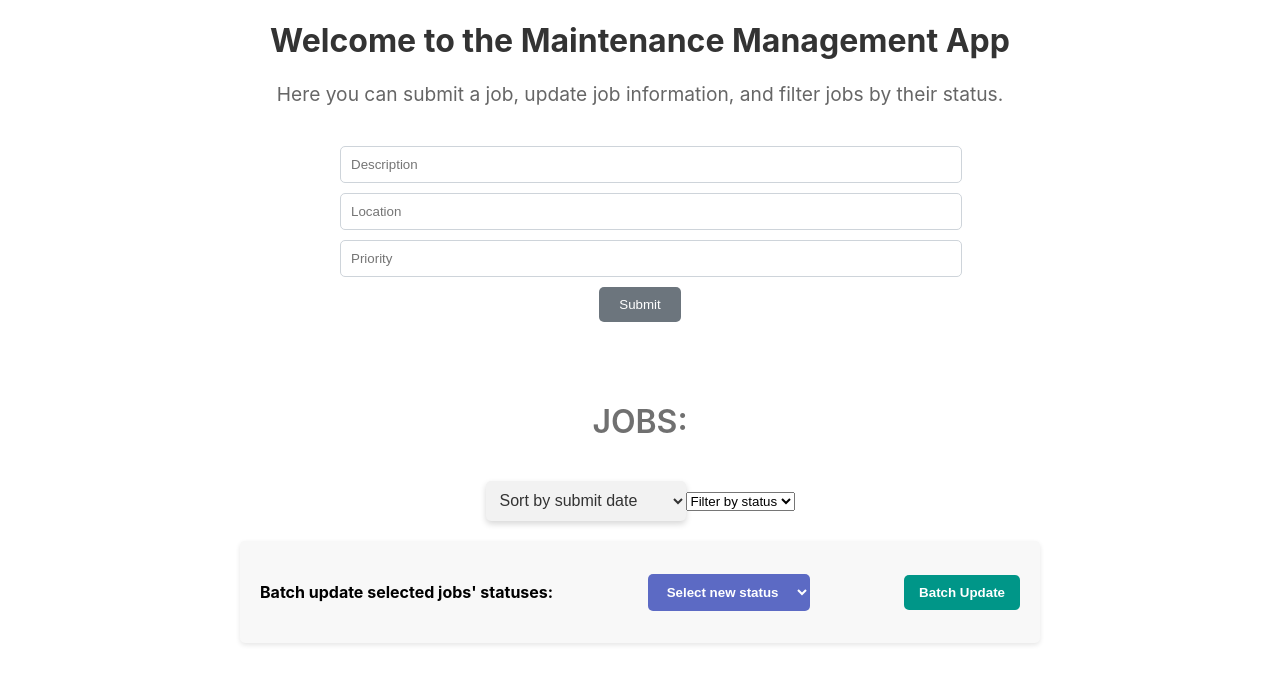
Repository: mikasteyn999/Maintenance-Manager-App
Page: / (app in frontend/)
An editor plug-in stored every save of this project. The page is shown before and after the next save, followed by the edit.
The browser window is 1280 px wide. The pictures show the whole page.
The page's requests for data from a server got no answer. The project was rebuilt for these pictures with package versions that can differ from the ones it lists, and the page was loaded fresh each time. No one was signed in, and anything a server would have sent is missing. Also part of the build but not shown: frontend/src/style/Job.css, frontend/src/components/Job.js, frontend/src/style/JobUpdateForm.css, frontend/src/components/JobUpdateForm.js.

Above is the page before, as saved 2023-06-01 12:54:38.

### frontend/src/App.js
// Import necessary libraries and components
import React from 'react';
import Router from './Router';
import './style/App.css'

// Define the App component
// This component uses the Router component to handle routing
const App = () => {
  return (
    <div className="app">
      <h1 className="app-title">Welcome to the Maintenance Management App</h1> {/* Welcome title */}
      <p className="app-instructions">Here you can submit a job, update job information, and filter jobs by their status.</p> {/* Instructions */}
      <Router /> {/* Use Router component for handling routes */}
    </div>
  );
}

// Export the App component
export default App;

### frontend/src/Router.js
// Import necessary libraries and components
import React from 'react';
import { BrowserRouter as Router, Route, Routes } from 'react-router-dom';
import Home from './components/Home';
import JobForm from './components/JobForm';
import JobsList from './components/JobsList';
import JobUpdateForm from './components/JobUpdateForm'

// Define the Router component
// This component defines the routes for the React app
// The Home component (which contains both the JobForm and JobsList components) is displayed when the path is exactly "/"
// The JobForm component is displayed when the path is "/submit"
// The JobsList component is displayed when the path is "/jobs"
const AppRouter = () => {
    return (
        <Router>
            <Routes>
                <Route path="/" element={<Home />} /> {/* Home route */}
                <Route path="/submit" element={<JobForm />} /> {/* Job submission route */}
                <Route path="/jobs" element={<JobsList />} /> {/* Jobs listing route */}
                <Route path="/edit/:id" element={<JobUpdateForm />} />
            </Routes>
        </Router>
    );
};

// Export the Router component
export default AppRouter;

### frontend/src/style/App.css
/* App.css */

.app {
  text-align: center;
}

.app-title {
  font-size: 2em;
  color: #333;
  text-align: center;
}

.app-instructions {
  font-size: 1.2em;
  color: #666;
  margin-bottom: 20px;
  text-align: center;
}

/* style the form container */
.app .job-form {
  max-width: 600px;  /* limit the width */
  margin: 0 auto;   /* center the form */
  padding: 20px;    /* add some padding */
}

/* style the jobs list container */
.app .jobs-list {
  max-width: 800px;  /* limit the width */
  margin: 0 auto;   /* center the jobs list */
  padding: 20px;    /* add some padding */
}

### frontend/src/components/Home.js
// Import necessary components
import React from 'react';
import JobForm from './JobForm';
import JobsList from './JobsList';

// Define the Home component
// This component contains the job submission form and job listings
const Home = () => {
  return (
    <div className="home">
      <JobForm /> {/* Job submission form */}
      <JobsList /> {/* Job listings */}
    </div>
  );
}

// Export the Home component
export default Home;

### frontend/src/components/JobForm.js
// Import React
import React, { useState } from 'react';
import '../style/JobForm.css'; // Import the CSS

// Define the JobForm component. This component will contain a form that allows users to submit a new job.
// The component has a local state, job, which is updated every time the user types in one of the form inputs.
// The handleChange function updates the job state.
// The handleSubmit function makes a POST request to the /jobs route to submit the new job.
const JobForm = () => {
    const [job, setJob] = useState({ description: '', location: '', priority: '' });

    const handleChange = (e) => {
      setJob({ ...job, [e.target.name]: e.target.value });
    };

    const handleSubmit = async (e) => {
      e.preventDefault();
      const response = await fetch('/jobs', {
        method: 'POST',
        headers: {
          'Content-Type': 'application/json',
        },
        body: JSON.stringify(job),
      });
      const data = await response.json();
      console.log(data);
    };

    return (
      <form className="job-form" onSubmit={handleSubmit}>
        <input type="text" name="description" value={job.description} onChange={handleChange} placeholder="Description" />
        <input type="text" name="location" value={job.location} onChange={handleChange} placeholder="Location" />
        <input type="text" name="priority" value={job.priority} onChange={handleChange} placeholder="Priority" />
        <button type="submit">Submit</button>
      </form>
    );
  };

  export default JobForm;

### frontend/src/components/JobsList.js
//Import react & job component
import React, { useEffect, useState } from 'react';
import Job from './Job';
import '../style/JobsList.css';

// Define the JobsList component. This component will fetch a list of jobs from the server and display each one using the Job component.
// The component has a local state, jobs, which is an array of jobs.
// The useEffect hook is used to fetch the jobs when the component is first rendered.
// The fetchJobs function makes a GET request to the /jobs route to fetch the list of jobs.
// Each job is then displayed using the Job component.
const JobsList = () => {
    const [jobs, setJobs] = useState([]);
    const [sortOrder, setSortOrder] = useState("date"); // Add state for sort order. By default, it's set to 'date'
    const [selectedJobs, setSelectedJobs] = useState([]);
    const [filterStatus, setFilterStatus] = useState(""); // Add state for status filter

    useEffect(() => {
      const fetchJobs = async () => {
        let url = `http://localhost:5000/api/jobs?sort=${sortOrder}`;
        if (filterStatus) url += `&status=${filterStatus}`; // Add status query parameter if a status filter is selected
        const response = await fetch(url);
        const data = await response.json();
        setJobs(data);
      };
      fetchJobs();
    }, [sortOrder, filterStatus]); // Update useEffect dependencies to include filterStatus

    const handleSortChange = (event) => {
      setSortOrder(event.target.value); // When user selects a new sort order, update the sortOrder state
    };

    // Function for catch updates
    const handleBatchUpdate = async () => {
      const status = document.getElementById('batchStatusUpdate').value;
      if (!status) {
        console.error('No status selected for batch update');
        return;
      }
      if (selectedJobs.length === 0) {
        console.error('No jobs selected for batch update');
        return;
      }
      try {
        const response = await fetch('/api/jobs/batch', {
          method: 'PUT',
          headers: {
            'Content-Type': 'application/json',
          },
          body: JSON.stringify({ jobIds: selectedJobs, status }),
        });
        if (response.ok) {
          console.log('Batch update successful');
          setSelectedJobs([]); // Clear selected jobs after successful update
        } else {
          console.error('Failed to batch update jobs');
        }
      } catch (error) {
        console.error(`An error occurred: ${error}`);
      }
    };


    return (
      <div className='jobs-list'>
        <div className='jobs-header'>JOBS:</div>

        {/* Add sort order dropdown */}
        <select className='select-sort' value={sortOrder} onChange={handleSortChange}>
          <option value="date">Sort by submit date</option>
          <option value="status">Sort by status</option>
        </select>

        {/* Add status filter dropdown */}
        <select className='select-filter' value={filterStatus} onChange={(e) => setFilterStatus(e.target.value)}>
          <option value="">Filter by status</option>
          <option value="Submitted">Submitted</option>
          <option value="In Progress">In Progress</option>
          <option value="Completed">Completed</option>
        </select>

        {/* Batch update */}
        <div className='batch-update'>
          <h4>Batch update selected jobs' statuses:</h4>
          <select id="batchStatusUpdate" name="batchStatusUpdate">
            <option value="">Select new status</option>
            <option value="status1">Submitted</option>
            <option value="status2">In Progress</option>
            <option value="status2">Completed</option>
          </select>
          <button onClick={handleBatchUpdate}>Batch Update</button>
        </div>
        {/* List the jobs */}
        {jobs.map((job) => (
          <Job key={job._id} job={job} selectedJobs={selectedJobs} setSelectedJobs={setSelectedJobs} />
        ))}
      </div>
    );
};

export default JobsList;

### frontend/src/style/JobForm.css
.job-form {
    margin-bottom: 20px;
}

.job-form input {
    display: block;
    width: 100%;
    padding: 10px;
    margin-bottom: 10px;
    border: 1px solid #ced4da;
    border-radius: 5px;
}

.job-form button {
    padding: 10px 20px;
    border: none;
    border-radius: 5px;
    background-color: #6c757d;
    color: #fff;
    cursor: pointer;
}

### frontend/src/style/JobsList.css
.jobs-list {
    max-width: 600px;
    margin: 0 auto;
    padding: 20px;
}

.jobs-header {
    font-size: xx-large;
    padding: 5%;
    font-weight: 600;
    color: rgb(112, 112, 112);
}

/* Style the select element */
.select-sort {
    width: 200px;
    height: 40px;
    border: none;
    border-radius: 5px;
    padding: 5px 10px;
    margin-bottom: 20px;
    box-shadow: 0 3px 6px 0 rgba(0,0,0,0.16);
    font-size: 16px;
    color: #333;
    background-color: #f2f2f2;
    transition: background-color 0.3s ease;
}

/* Style the options inside the select element */
.select-sort option {
    color: #333;
    background-color: #f2f2f2;
}

/* Change the background color of the select when it's focused */
.select-sort:focus {
    background-color: #e6e6e6;
}

.batch-update {
    display: flex;
    align-items: center;
    justify-content: space-between;
    padding: 20px;
    margin-bottom: 20px;
    background-color: #f8f8f8;
    border-radius: 5px;
    box-shadow: 0 2px 5px rgba(0,0,0,0.1);
}

.batch-update select,
.batch-update button {
    padding: 10px 15px;
    border: none;
    border-radius: 5px;
    background-color: #5c6ac4;
    color: white;
    font-weight: bold;
    cursor: pointer;
}

.batch-update button {
    background-color: #009688;
}

.batch-update button:hover {
    background-color: #00796b;
}

Loaded but not shown: frontend/public/index.html (common file); frontend/src/index.js (common file); frontend/src/index.css (common file); frontend/src/reportWebVitals.js (common file)

After the next save:
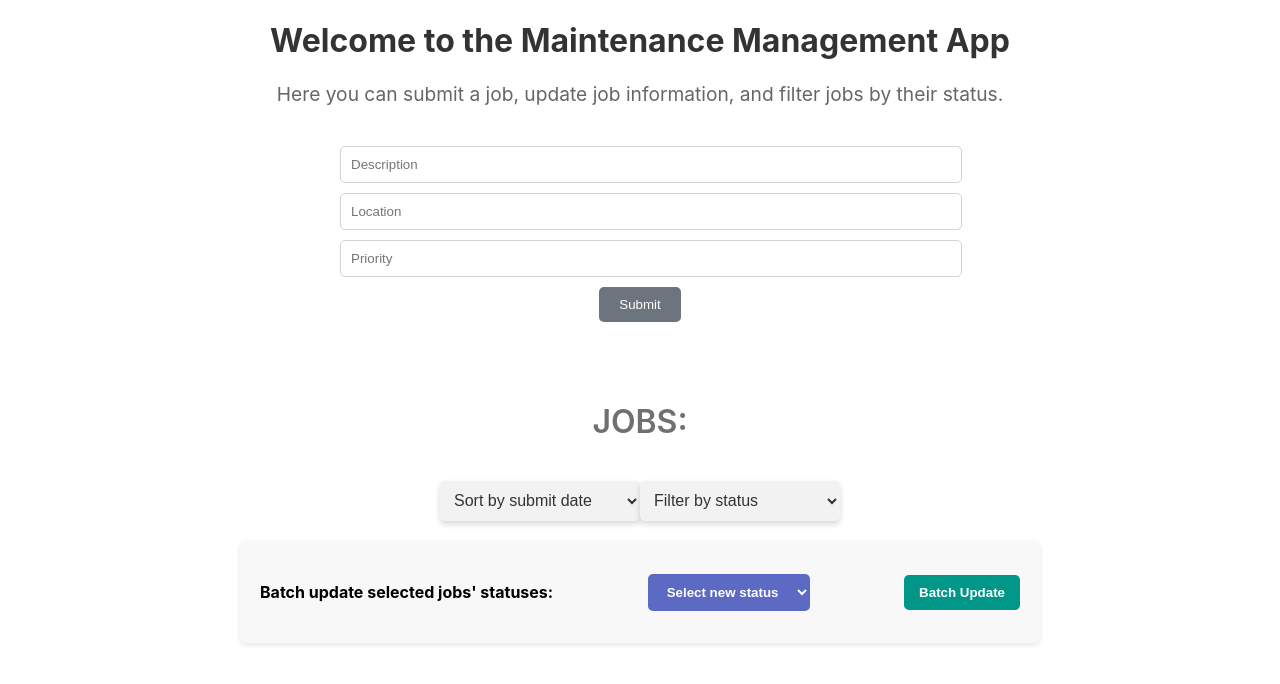
Saved 48 s later.
--- a/frontend/src/style/JobsList.css
+++ b/frontend/src/style/JobsList.css
@@ -66,3 +66,24 @@
 .batch-update button:hover {
     background-color: #00796b;
 }
+
+/* Style the select element */
+.select-filter {
+    width: 200px;
+    height: 40px;
+    border: none;
+    border-radius: 5px;
+    padding: 5px 10px;
+    margin-bottom: 20px;
+    box-shadow: 0 3px 6px 0 rgba(0,0,0,0.16);
+    font-size: 16px;
+    color: #333;
+    background-color: #f2f2f2;
+    transition: background-color 0.3s ease;
+}
+
+/* Style the options inside the select element */
+.select-filter option {
+    color: #333;
+    background-color: #f2f2f2;
+}
